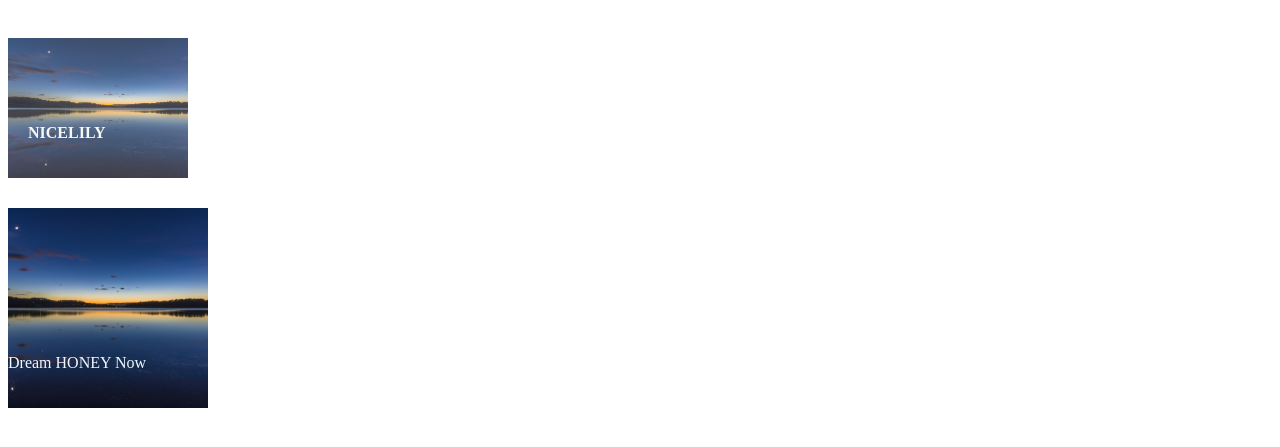
Repository: northpx/animation
Page: index.html
These files come from the project's save history. The page is drawn as it stood at one moment and after a run of saves; the edit follows.
The browser window is 1280 px wide. The pictures show the whole page.

Above is the page before, as saved 2022-12-21 17:58:46.

### index.html
<!DOCTYPE html>
<html lang="en">

<head>
  <meta charset="UTF-8">
  <meta http-equiv="X-UA-Compatible" content="IE=edge">
  <meta name="viewport" content="width=device-width, initial-scale=1.0">
  <link rel="stylesheet" href="style.css">
  <title>Document</title>
</head>

<body>
  <div class="container">
    <img src="nature_lake_sunset_landscape_ultrahd_4k_wallpaper_3840x2160.jpg" alt="" class="image">
    <div class="content1">
      <p class="p1">NICELILY</p>
      <p class="p2">Lily to play</p>
    </div>
  </div>

  <div class="container1">
    <img src="nature_lake_sunset_landscape_ultrahd_4k_wallpaper_3840x2160.jpg" alt="" class="image2">
    <div class="content2">
      <p class="p3">Dream HONEY <span>Now</span></p>
    </div>
  </div>
</body>

</html>

<!-- <!DOCTYPE html>
<html>
<head>
<title>W3.CSS</title>
<meta name="viewport" content="width=device-width, initial-scale=1">
<link rel="stylesheet" href="style.css">
</head>
<body>
<div class="w3-container w3-green">
  <h1>W3Schools Demo</h1>
  <p>Resize this responsive page!</p>
</div>
<div class="w3-row-padding">
  <div class="w3-third">
    <h2>London</h2>
    <p>London is the capital city of England.</p>
    <p>It is the most populous city in the United Kingdom,
    with a metropolitan area of over 13 million inhabitants.</p>
  </div>

  <div class="w3-third">
    <h2>Paris</h2>
    <p>Paris is the capital of France.</p>
    <p>The Paris area is one of the largest population centers in Europe,
    with more than 12 million inhabitants.</p>
  </div>

  <div class="w3-third">
    <h2>Tokyo</h2>
    <p>Tokyo is the capital of Japan.</p>
    <p>It is the center of the Greater Tokyo Area,
    and the most populous metropolitan area in the world.</p>
  </div>
</div>

</body>
</html> -->

### style.css
/* .box1{
    width: 100px;
    height: 100px;
    background-color: aqua;
    transform: rotateX(45deg);
}

.box2{
    width: 100px;
    height: 100px;
    background-color: bisque;
    transform: rotateY(-45deg);
}

.box3{
    width: 100px;
    height: 100px;
    background-color: blueviolet;
    transform: rotate(180deg);
} */
/* .box1{
    width: 100px;
    height: 100px;
    background-color: yellowgreen;
    transform: translateX(100px);
}

.box2{
    width: 200px;
    height: 200px;
    background-color: yellowgreen;
    position: relative;
}
.box_child{
    position: absolute;
    width: 20px;
    height: 20px;
    background-color: black;
    top: 50%;
    left: 50%;
    transform: translate(-50%, -50%);
}

.box3{
    width: 100px;
    height: 100px;
    background-color: antiquewhite;
    transform: translateY(100px);
}
.box4{
    width: 100px;
    height: 100px;
    background-color:  beige;
    transform: translateX(-50px);
}

.box_circle{
    width: 100px;
    height: 100px;
    background-color: blueviolet;
    border-radius: 50%;
    scale: 1;
    transition: all 0.3s ease-in-out;
}

.box_circle:hover{
    scale: 1.5;
}

.box_skew{
    width: 100px;
    height: 100px;
    background-color: bisque;
    /* transform: skewX(45deg); */
    /* transform: skew(50deg, 0deg);
/* } */

/* .box{
    width: 100px;
    height: 100px;
    background-color: aquamarine;
    margin: 50px;
    perspective: 300px;
    position: relative;
}
.box_child{
    width: 20px;
    height: 20px;
    background-color: blueviolet;
    top: 50%;
    left: 50%;
    position: absolute;
}

.box_child:hover{
    transform: translateZ(100px);
} */
.container{
    width: 180px;
    height: 200px;
    overflow: hidden;
    position: relative;
}

 .image{
    width: 250px;
    height: 200px;
    object-fit: contain;
    transform: translateX(-20px);
    transition: all .5s linear;
    opacity: 0.8;
}

.container:hover .image{
    transform: translateX(0px);
    opacity: 1;
}

.content1 .p1{
    position: absolute;
    color: whitesmoke;
    top: 100px;
    left: 20px;
    opacity: 1;
    transition: all .5s ease-in;
    font-weight: bold;
}

.container:hover .content1 .p1{
    transform: translateY(-20px);
}

.content1 .p2{
    position: absolute;
    color: azure;
    top: 120px;
    left: 20px;
    visibility: hidden;
    opacity: 0;
    transition: all .5s ease-in;
}

.container:hover .content1 .p2{
    transform: translateY(-20px);
    visibility: visible;
    opacity: 1;
}

.container1{
    width: 200px;
    height: 200px;
    background-color: antiquewhite;
    overflow: hidden;
    position: relative;
}

.image2{
    width: 200px;
    height: 200px;
    object-fit: cover;
}

.container1:hover .image2{
    opacity: 0.8;
}

.p3{
    position: absolute;
    bottom: 0;
    color: aliceblue;
    padding-bottom: 20px;
    pa
}

After the next 2 saves:
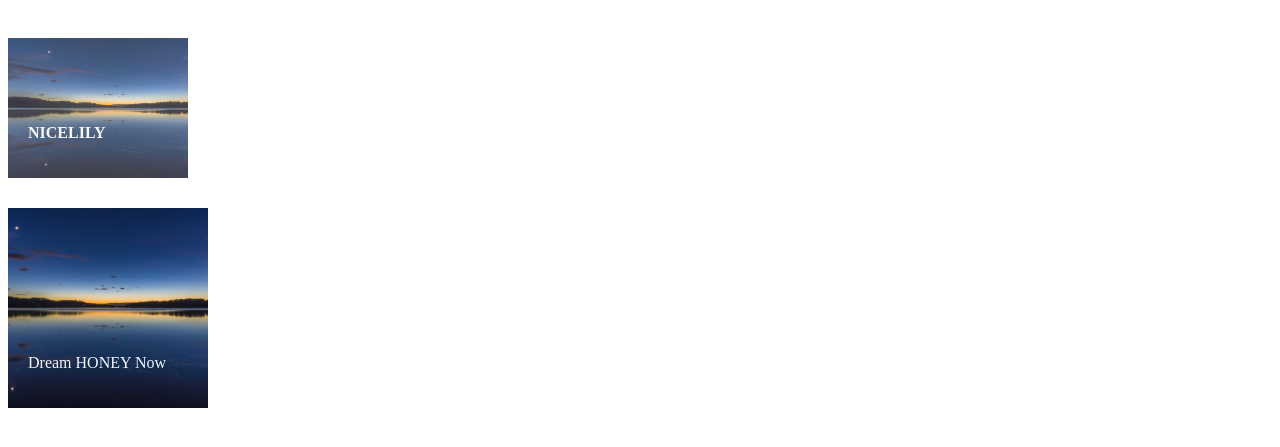
The 2 saves are shown as one change because they came seconds apart.
The last was saved 9 s later.
--- a/style.css
+++ b/style.css
@@ -169,5 +169,5 @@
     bottom: 0;
     color: aliceblue;
     padding-bottom: 20px;
-    pa
+    padding-left: 20px;
 }
